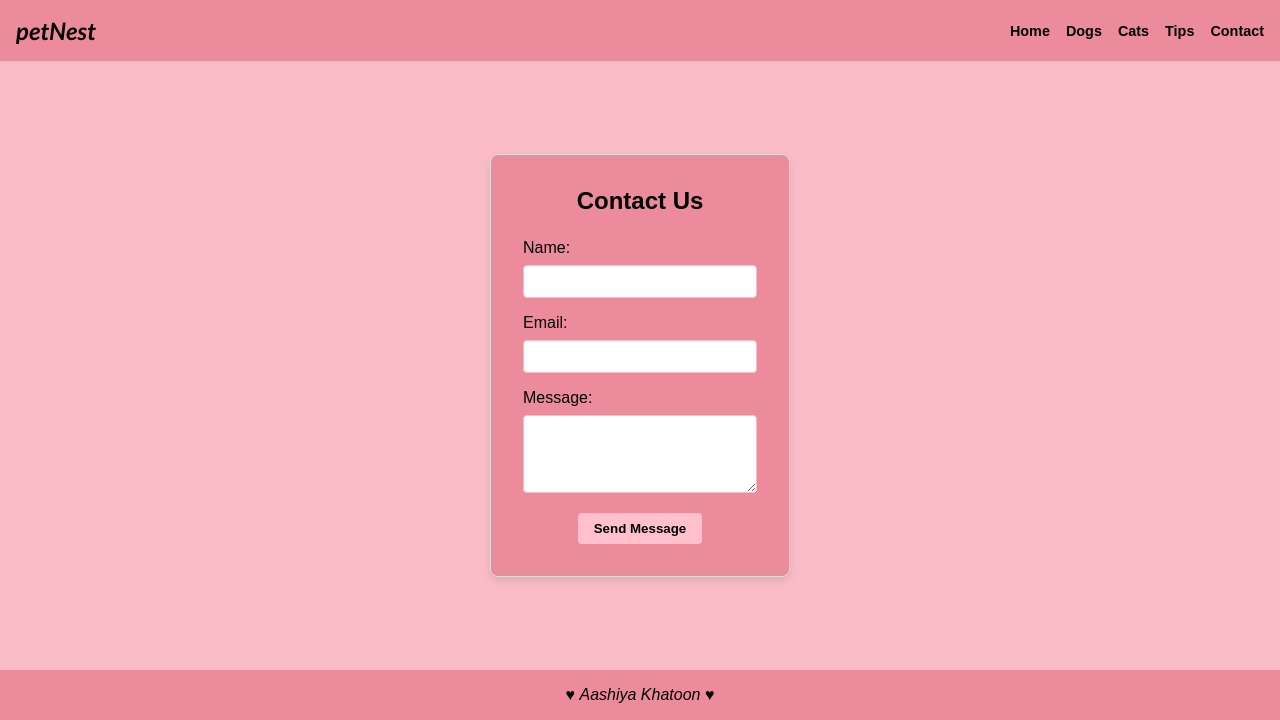
Repository: SHAHZADcodr/pet_care
Page: pages/contact.html
The author's editor kept a copy of each file at every save. The page is drawn from the files as they stood at one save, then again after a run of saves.
The browser window is 1280 px wide. The pictures show the whole page.
The pointer rests on the first visible `button`.

Above is the page before, as saved 2024-11-04 23:39:50.

After the next 2 saves:
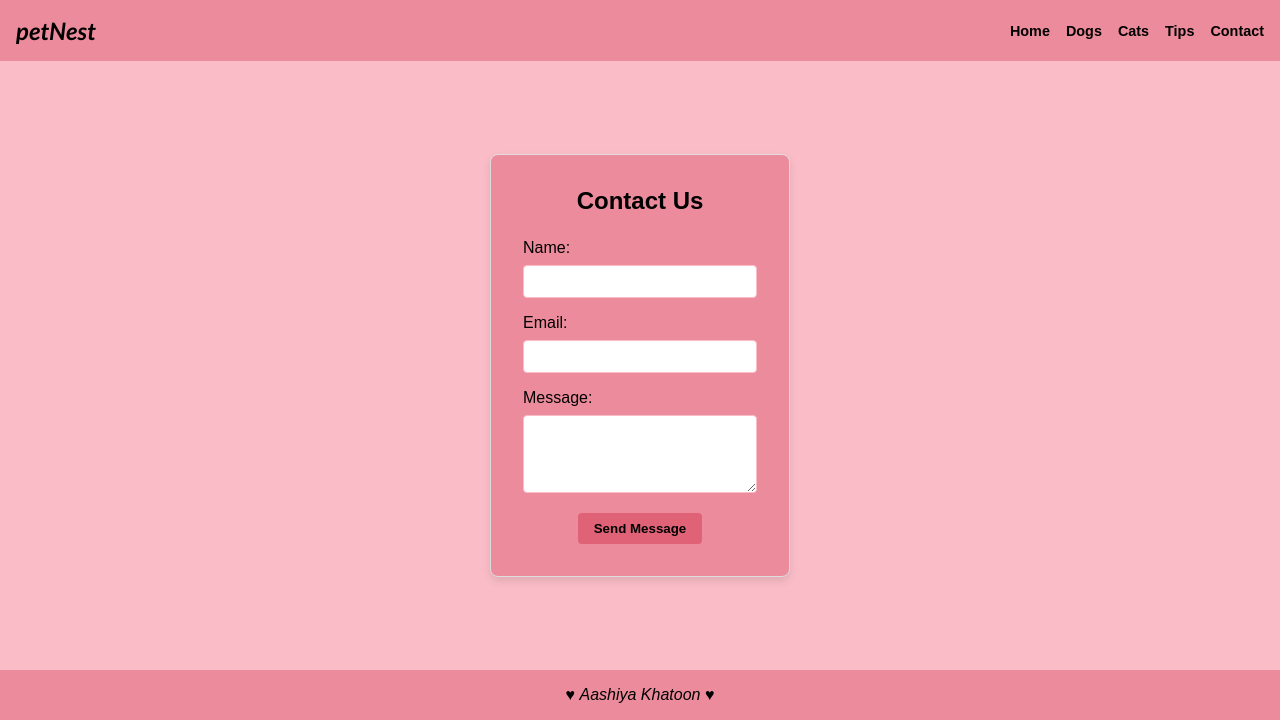
The 2 saves are shown as one change because they came seconds apart.
The last was saved 9 s later.
--- a/pages/contact.css
+++ b/pages/contact.css
@@ -105,7 +105,7 @@ button {
 }
 
 button:hover {
-    background-color:pink; /* Darken button on hover */
+    background-color:rgba(222, 94, 115, 0.881); /* Darken button on hover */
 }
 
 footer {
